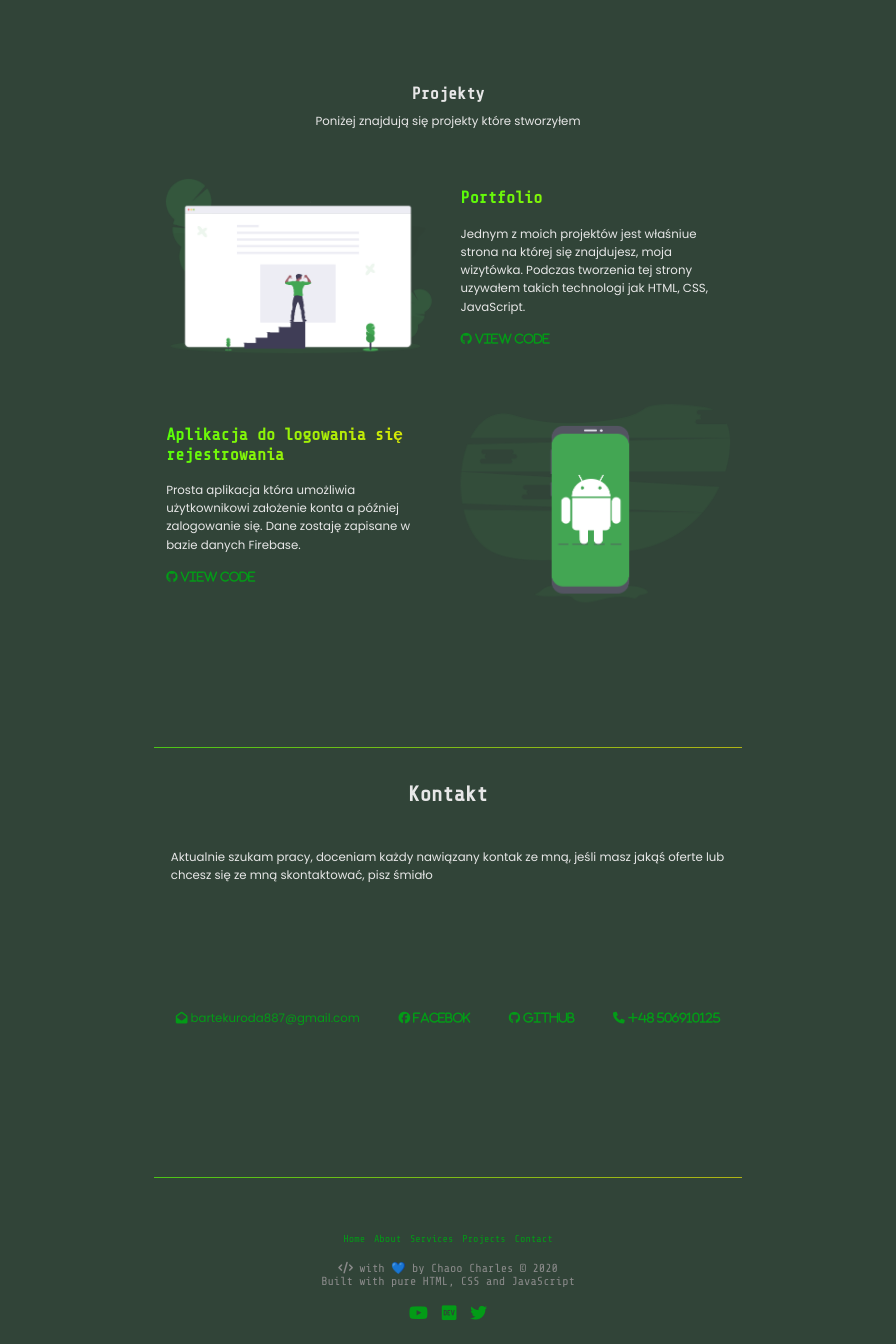
Repository: BartekUroda/portfolio
Page: index.html
The author's editor kept a copy of each file at every save. The page is drawn from the files as they stood at one save, then again after the next save.
The browser window is 1280 px wide. The pictures show the part of the page from y = 2082 to 4002 px (the page is 4002 px tall), at 70% of full size.
Some web libraries are served in a nearby version.

Above is the page before, as saved 2020-10-27 22:21:36.

### index.html
<!DOCTYPE html>
<html lang="en">
<head>
    <meta charset="UTF-8">
    <meta name="viewport" content="width=device-width, initial-scale=1.0">
    <title>Portfolio | Bartek Uroda</title>
    <link rel="stylesheet" type="text/css" href="css/style.css">
    <link href="https://fonts.googleapis.com/css2?family=Poppins&sfamily=Share+Tech+Mono&display=swap" rel="stylesheet">
    <script src="https://kit.fontawesome.com/056e5c10dc.js" crossorigin="anonymous"></script>
    <link rel="shortcut icon" type="image/x-icon" href="images/favicon.ico" />
</head>
<body>
    <header>
        <div class="container">
            <nav>
                <div class="nav-brand">
                    <a href="index.html">
                        <img src="images/logo.png" alt="Uroda">
                    </a>
                </div>
                <div class="burger-menu-icon">
                    <div class="line1"></div>
                    <div class="line2"></div>
                    <div class="line3"></div>
                </div>
                <ul class="nav-list">
                    <li class="nav-item">
                      <a href="#landing-page">
                        <img
                          src="images/profile.jpeg"
                          alt="Bartek Uroda"
                          class="profile-pic nav-link"
                        >
                        <span class="caption nav-link">Bartek Uroda</span>
                      </a>
                    </li>
                    <li class="nav-item">
                      <a href="#about" class="nav-link">O mnie</a>
                    </li>
                    <li class="nav-item">
                      <a href="#services" class="nav-link">Usługi</a>
                    </li>
                    <li class="nav-item">
                      <a href="#projects" class="nav-link">Projekty</a>
                    </li>
                    <li class="nav-item">
                      <a href="#contact" class="nav-link">Kontakt</a>
                    </li>
                    <li class="nav-item">
                      <a href="https://www.facebook.com/bartlomiej.uroda.3" target="_blank" class="nav-link">
                        <i class="fab fa-facebook"></i>
                      </a>
                      <a href="https://github.com/Urodii" target="_blank" class="nav-link">
                        <i class="fab fa-github"></i>
                      </a>
                      <a href="https://www.youtube.com/channel/UCzT1h5RNvmbtrmKT5hPjyAg?view_as=subscriber" target="_blank" class="nav-link">
                        <i class="fab fa-youtube"></i>
                      </a>
                    </li>
                  </ul>
            </nav>
        </div>
    </header>
    <main>
      <section id="landing-page" class="landing-page">
        <div class="container">
          <div class="main-message">
            <h2>Barłomiej Uroda</h2>
            <h3>Junior Front-End Web Developer</h3>
            <p>Html - CSS - JavaScript - Java</p>
            <div class="intro-btn">
              <div class="cta">
                <a href="#contact" class="btn">Skontaktuj się ze mną!</a>
              </div>
              <div class="cta">
                <a href="#projects" class="btn">Moje Projekty</a>
              </div>
            </div>
            <div>
              <a href="#about" class="scroll-down">
                <i class="fa fa-chevron-down" aria-hidden="true"></i>
              </a>
            </div>
          </div>
        </div>
      </section>
      <section id="about" class="about">
        <div class="container">
          <div class="about-img">
            <img
              src="images/profile.jpeg"
              alt="Bartek Uroda"
              class="about-pic"
            />
          </div>
          <div class="about-text-box">
            <h2>Cześć,</h2>
            <h3>O mnie</h3>
            <p>
              Nazywam się Bartek mam 21 lat, aktulanie studiuje zaocznie informatykę
              na Wyższej Szkole Biznesu w Nowym Sączu, studia te rozpoczołem po roku studiowania
              na Politechnce Krakowskiej na kierunku Fizyki Technicznej, zaliczyłem pierwszy rok na PK
              i wziołem sobie tak zwany Gap Year, studia na Politechnice nie satysfakcjonowały
              mnie więc postanowiłem rozwijać się w kierunku programistycznym. Szybko się uczę a zdobywanie wiedzy sprawia mi przyjemność.
            </p>
            <h3>Umiejętności</h3>
            <p>
              Rozwijam się w takich technologiach jak: HTML, CSS, JavaScript, Java oraz C++,
              tworze reponsywne strony. Znam angielski na
              poziomie C1, uczę się również bezpieczeństwa aplikacji webowych.
              Programowanie to coś z czym chciałbym żeby wiązała się moja przyszłość.
            </p>
            <h3>Zainteresowania</h3>
            <p>
              Sporą część mojego wolnego czasy pochłania sport, lubie jazde na rowerze siłownie oraz klistenike.
              Często spędzam również czas na graniu w gry, głownie jest to Counter-Strike, interesuję się też ITSecurity
              i w wolnym czasie staram się rozwijać w tym kierunku. Lubie podróże a poznawanie nowych
              wartościowych ludzi daje mi sporą motywacje w życiu.
            </p>
          </div>
        </div>
        <hr/>
      </section>
      <section id="services" class="services">
        <div class="container">
          <div class="title-heading">
            <h2>Oferta</h2>
            <p>
              Stworzę dokładnie taką stronę lub aplikacje mobilną jak klient sobie zażyczy.
            </p>
          </div>
          <div class="service-tiers">
            <div class="tier-item">
              <i class="fa fa-code" aria-hidden="true"></i>
              <h2>Web Development</h2>
              <p>
                Modyfikacja istniejących stron internetowych,
                wizytówki internetowe,
                responsywne strony internetowe typu "One Page" oraz "Multi Page",
                blogi internetowe, proste aplikacje webowe
              </p>
            </div>
            <div class="tier-item">
              <i class="fa fa-file-code-o" aria-hidden="true"></i>
              <h2>Responsywne strony</h2>
              <p>
                Strony które tworze są rezponsywne i wyglądają dobrze na każdym urządzeniu,
                niezależlnie jest to komputer, tablet lub telefon.
              </p>
            </div>
            <div class="tier-item">
              <i class="fa fa-mobile" aria-hidden="true"></i>
              <h2>Tworzenie aplikacji na androida</h2>
              <p>
                Potrafię również tworzyć proste aplikacje za pomoca języka Java,
                aplikajce te działają na urządzeniach mobilnych z androidem.
              </p>
            </div>
          </div>
        </div>
        <hr />
      </section>
      <section id="projects" class="projects">
        <div class="title-heading">
          <h2>Projekty</h2>
          <p>Poniżej znajdują się projekty które stworzyłem</p>
        </div>
        <div class="project-item">
          <div class="project-img has-margin-right">
            <img src="images/portfolio.png" />
          </div>
          <div class="project-description">
            <h2>Portfolio</h2>
            <p>
              Jednym z moich projektów jest właśniue strona na której się znajdujesz, moja wizytówka.
              Podczas tworzenia tej strony uzywałem takich technologi jak HTML, CSS, JavaScript.
            </p>
            <a href="https://github.com/Urodii/portfolio" class="project-link" target="_blank"
              ><i class="fa fa-github" aria-hidden="true"> View Code</i></a
            >
          </div>
        </div>
        <div class="project-item">
          <div class="project-description has-margin-right">
            <h2>Aplikacja do logowania się rejestrowania</h2>
            <p>
              Prosta aplikacja która umożliwia użytkownikowi założenie konta a później
              zalogowanie się. Dane zostaję zapisane w bazie danych Firebase.
            </p>
            <a href="https://github.com/Urodii/Login_Register_apk" class="project-link" target="_blank"
              ><i class="fa fa-github" aria-hidden="true"> View Code</i></a
            >
          </div>
          <div class="project-img">
            <img src="images/android.png" />
          </div>
          <hr>
        <!-- </div>
        <div class="project-item">
          <div class="project-img has-margin-right">
            <img src="" />
          </div>
          <div class="project-description">
            <h2>kalkulator</h2>
            <p>
              Prosty kalkulator
            </p>
            <a href="#" class="project-link" target="_blank"
              ><i class="fa fa-github" aria-hidden="true"> View Code</i></a
            >
          </div>
        </div> -->
      </section>
      <section id="contact" class="contact">
        <hr>
        <h2>Kontakt</h2>
        <p>
          Aktualnie szukam pracy, doceniam każdy nawiązany kontak ze mną, jeśli masz
          jakąś oferte lub chcesz się ze mną skontaktować, pisz śmiało
        </p>
        <div class="container">
          <p>
            <a href="bartekuroda887@gmail.com"
              ><i class="fas fa-envelope-open"></i> bartekuroda887@gmail.com</a
            >
          </p>
          <p>
            <a href="#" target="_blank"
              ><i class="fab fa-facebook"> Facebok</i></a
            >
          </p>
          <p>
            <a href="#" target="_blank"><i class="fab fa-github"> GitHub</i></a>
          </p>
          <p>
            <a href="#" target="_blank"
              ><i class="fas fa-phone"> +48 506910125</i></a
            >
          </p>
        </div>
        <hr />
      </section>
      <footer>
        <div class="footer-nav">
          <a href="#landing-page" class="footer-nav-link">Home</a>
          <a href="#about" class="footer-nav-link">About</a>
          <a href="#services" class="footer-nav-link">Services</a>
          <a href="projects" class="footer-nav-link">Projects</a>
          <a href="#contact" class="footer-nav-link">Contact</a>
        </div>
        <div class="footer-coded-by">
          <p>
            <i class="fas fa-code"></i> with 💙 by Chaoo Charles &copy; 2020
          </p>
          <p>Built with pure HTML, CSS and JavaScript</p>
        </div>
        <div class="footer-social">
          <a href="#" target="_blank"><i class="fab fa-youtube"></i></a>
          <a href="#" target="_blank"><i class="fab fa-dev"></i></a>
          <a href="#" target="_blank"><i class="fab fa-twitter"></i></a>
        </div>
      </footer>
    </main>
 <script type="text/javascript" src="js/main.js"></script>
</body>
</html>

Loaded but not shown: js/main.js (33 lines, source omitted); css/style.css (530 lines, source omitted)

After the next save:
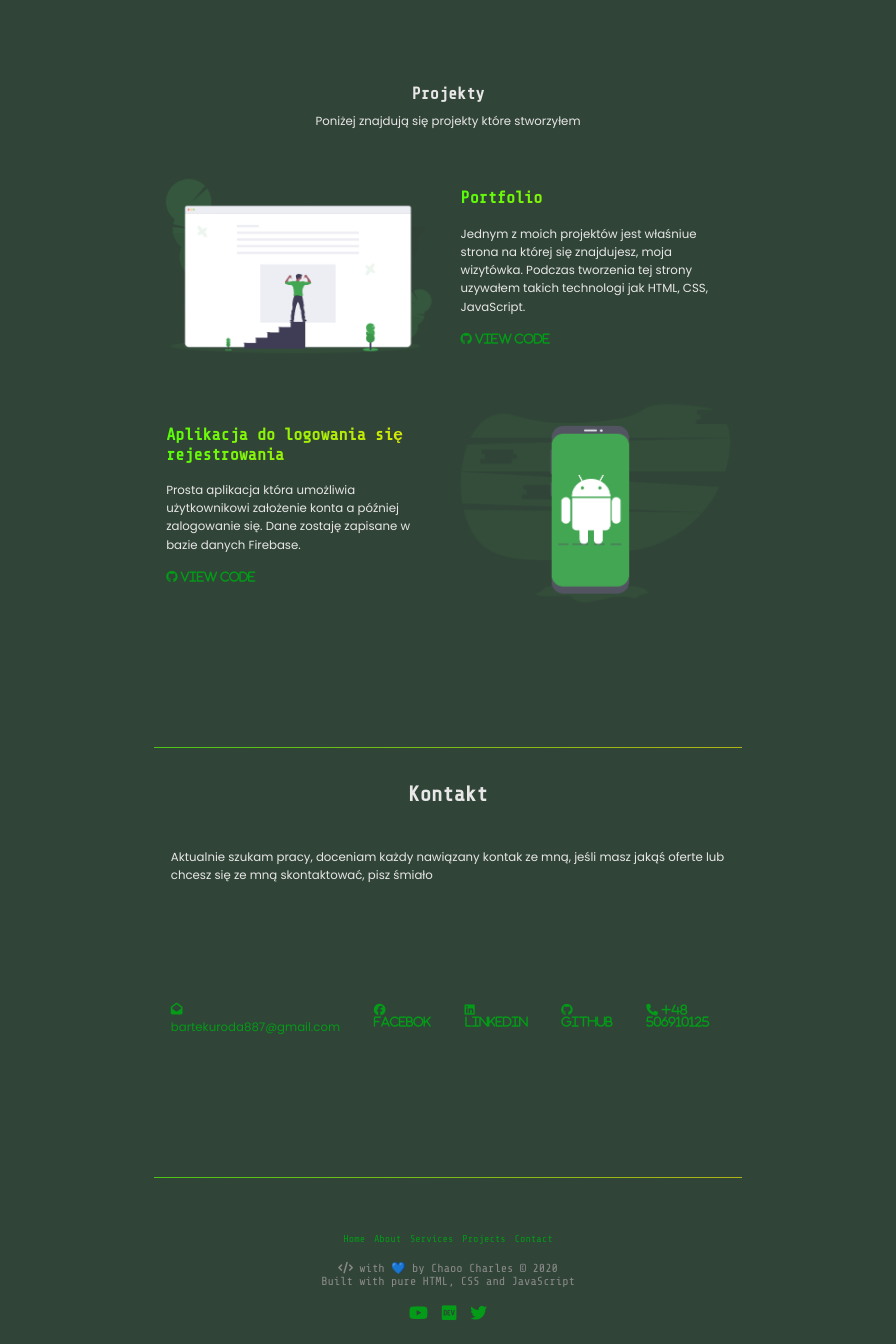
Saved 4 min 19 s later.
--- a/index.html
+++ b/index.html
@@ -230,12 +230,14 @@
             >
           </p>
           <p>
+            <a href="#" target="_blank"><i class="fab fa-linkedin"> LinkedIn</i></a>
+          </p>
+          <p>
             <a href="#" target="_blank"><i class="fab fa-github"> GitHub</i></a>
           </p>
           <p>
             <a href="#" target="_blank"
-              ><i class="fas fa-phone"> +48 506910125</i></a
-            >
+              ><i class="fas fa-phone"> +48 506910125</i></a>
           </p>
         </div>
         <hr />

After the save that followed:
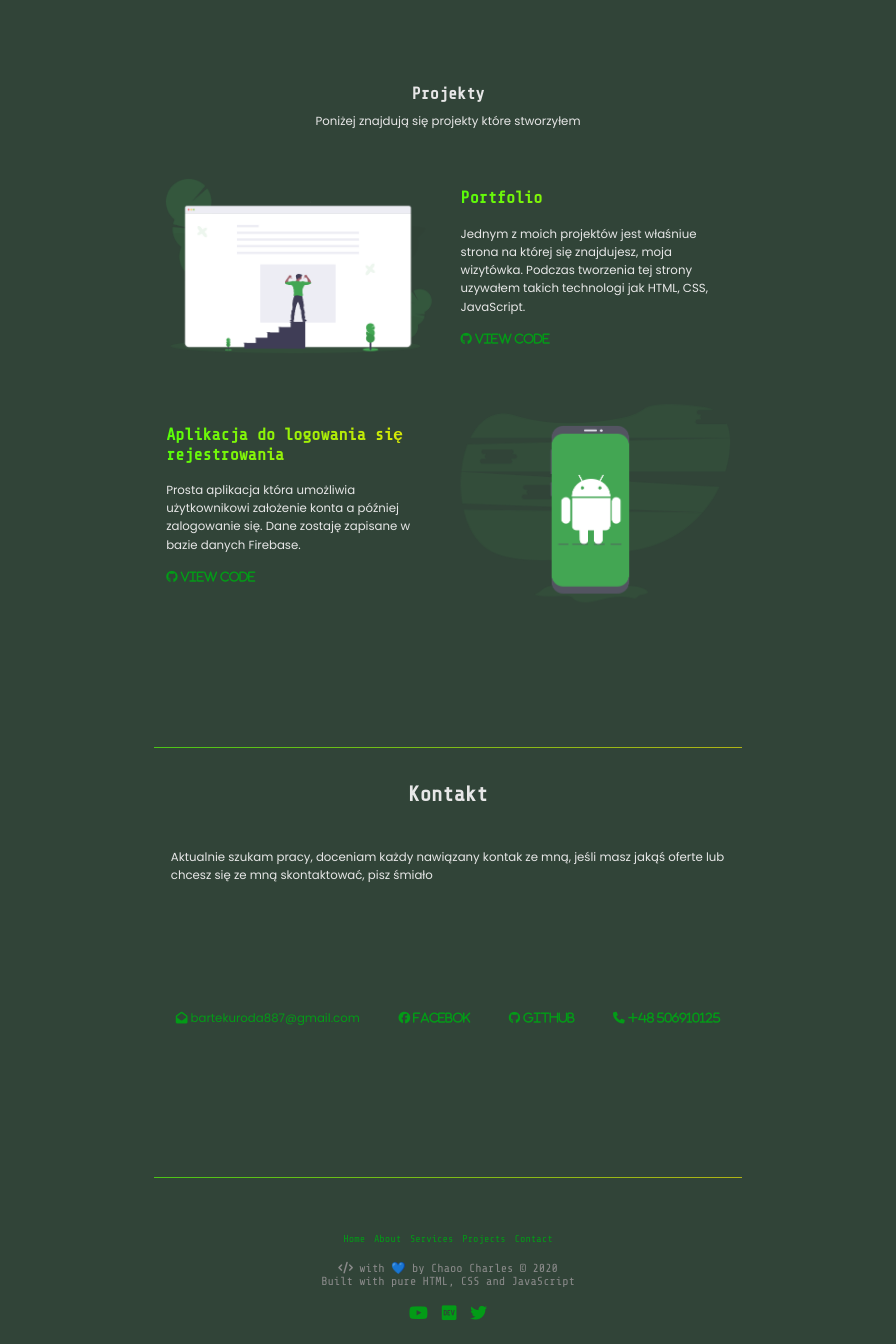
Saved 14 s later.
--- a/index.html
+++ b/index.html
@@ -230,9 +230,6 @@
             >
           </p>
           <p>
-            <a href="#" target="_blank"><i class="fab fa-linkedin"> LinkedIn</i></a>
-          </p>
-          <p>
             <a href="#" target="_blank"><i class="fab fa-github"> GitHub</i></a>
           </p>
           <p>
